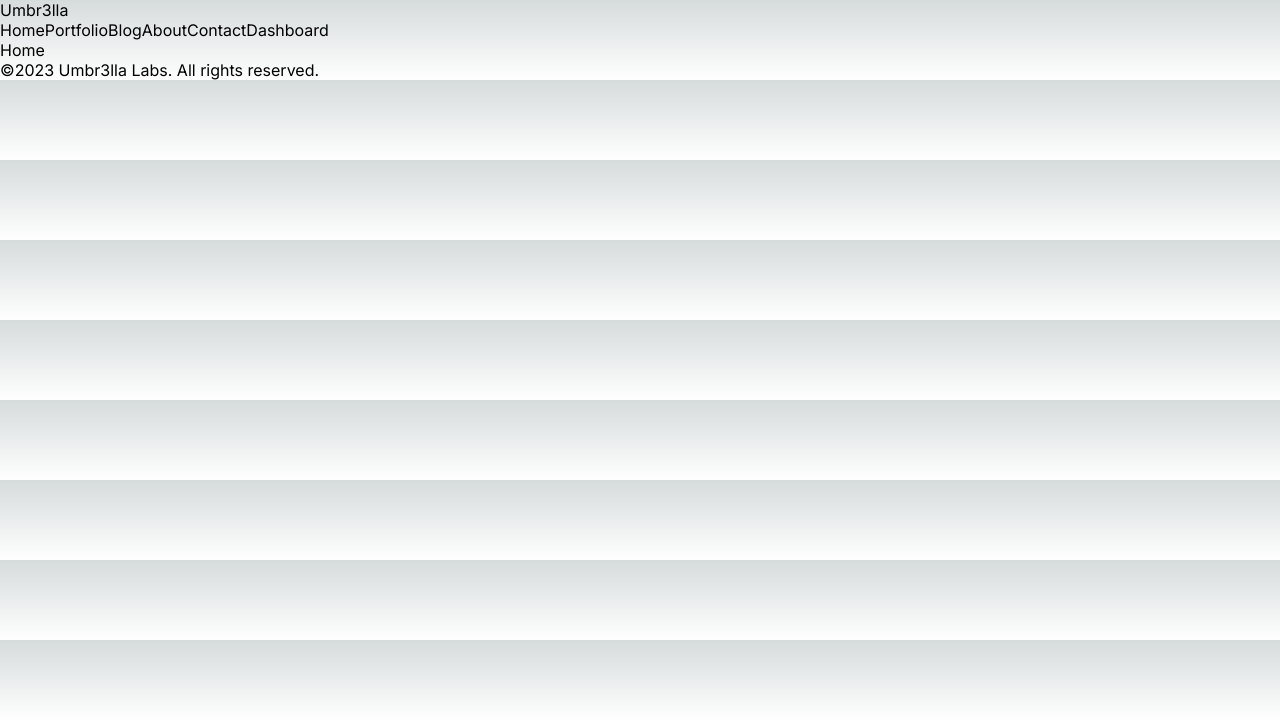
Repository: MikeeBuilds/umbr3llav2
Page: /
These files come from the project's save history. The page is drawn as it stood at one moment and after a run of saves; the edit follows.
The browser window is 1280 px wide. The pictures show the whole page.
The project was rebuilt for these pictures with package versions that can differ from the ones it lists, and the page was loaded fresh each time. The framework's server and built-in components were replaced by stand-ins that run in the browser. Also part of the build but not shown: next.config.js, src/app/page.module.css.

Above is the page before, as saved 2023-06-09 20:14:16.

After the next 2 saves:
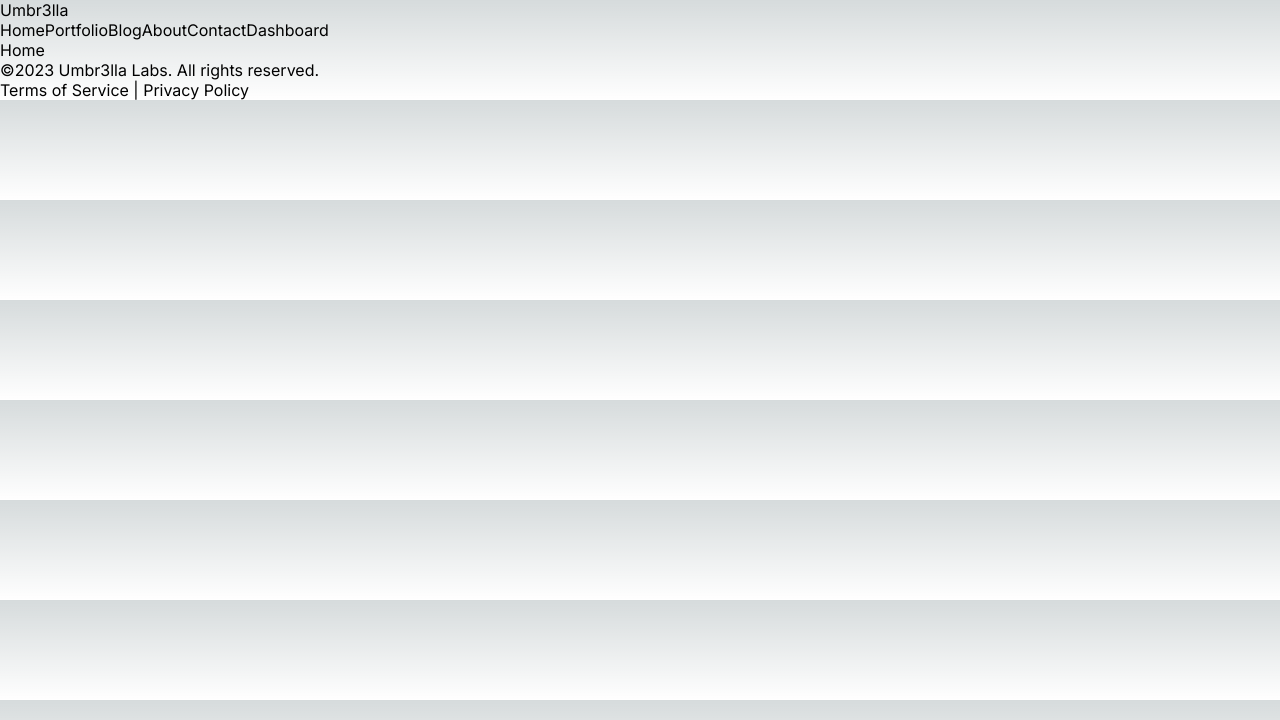
The 2 saves are shown as one change because they came seconds apart.
The last was saved 5 s later.
--- a/src/components/footer/Footer.jsx
+++ b/src/components/footer/Footer.jsx
@@ -4,6 +4,7 @@ const Footer = () => {
   return (
     <div>
       <div>©2023 Umbr3lla Labs. All rights reserved.</div>
+      <div>Terms of Service | Privacy Policy</div>
     </div>
   )
 }
